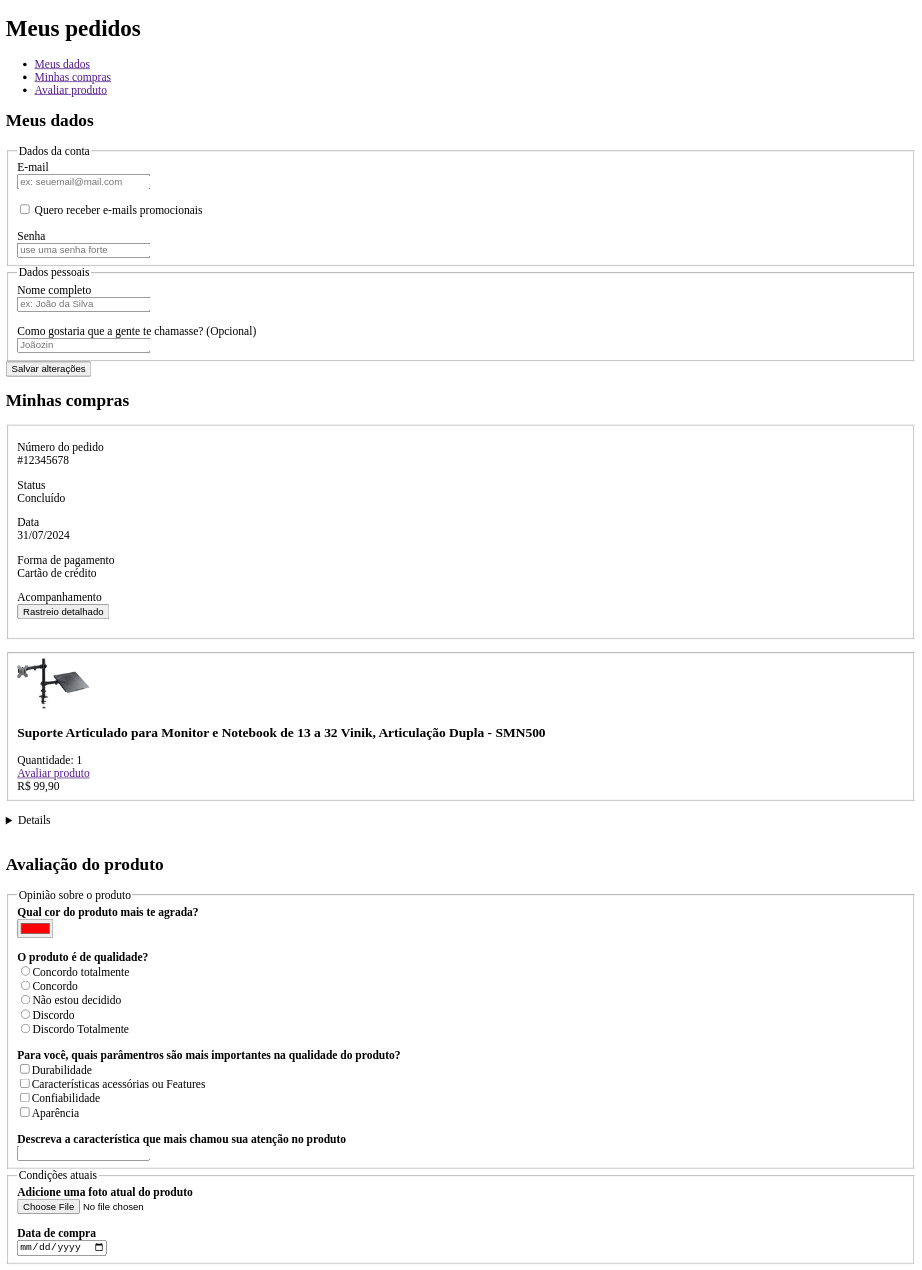
Repository: claudemir-camargo/site-compras
Page: index.html
An editor plug-in stored every save of this project. The page is shown before and after the next save, followed by the edit.
The browser window is 1280 px wide. The pictures show the whole page, at 72% of full size.

Above is the page before, as saved 2024-03-03 23:25:38.

After the next save:
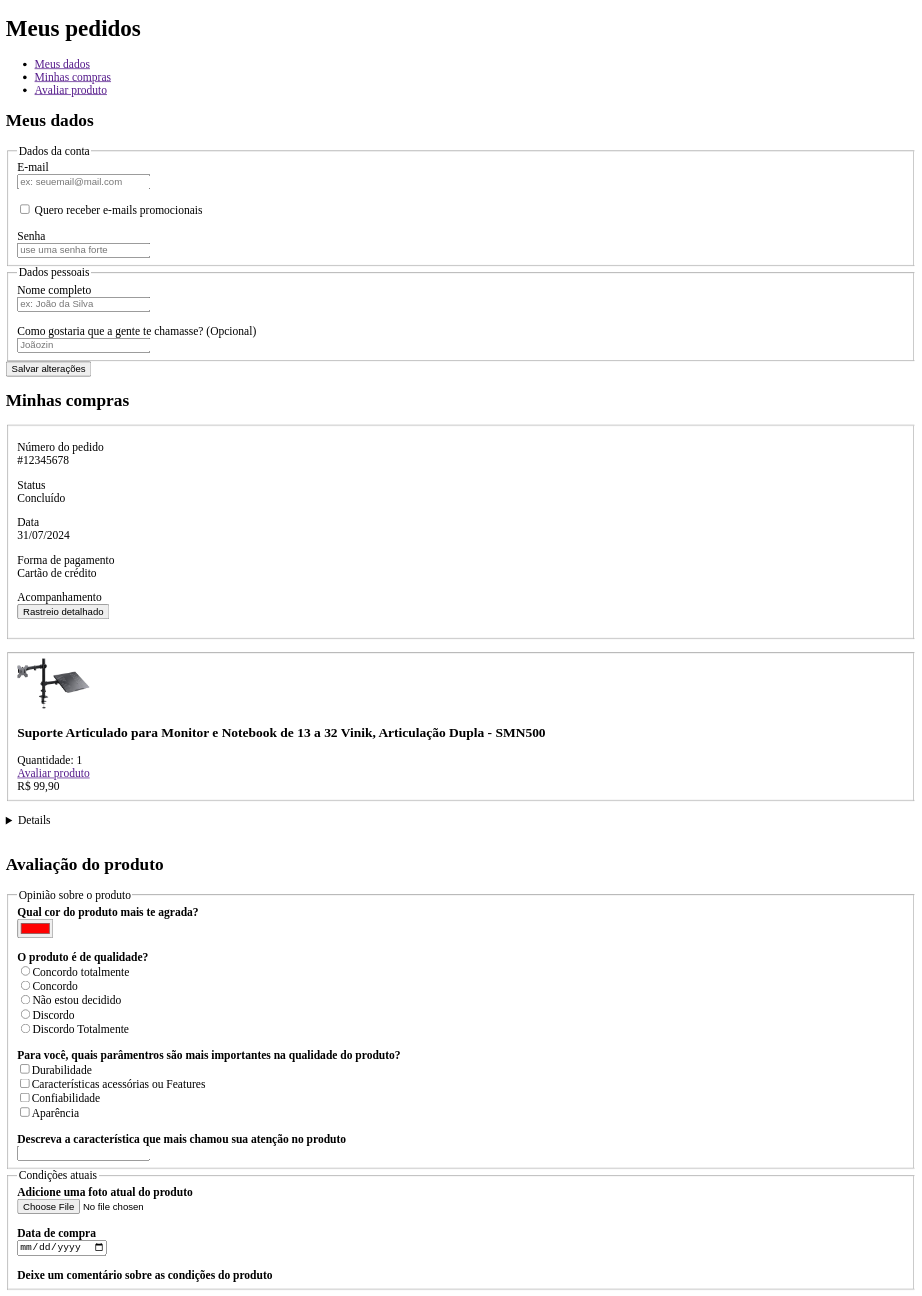
Saved 73 s later.
--- a/index.html
+++ b/index.html
@@ -109,6 +109,8 @@
             <br><br>
             <label><strong>Data de compra</strong></label><br>
             <input type="date">
+            <br><br>
+            <label><strong>Deixe um comentário sobre as condições do produto</strong></label><br>
         </fieldset>
 
 
